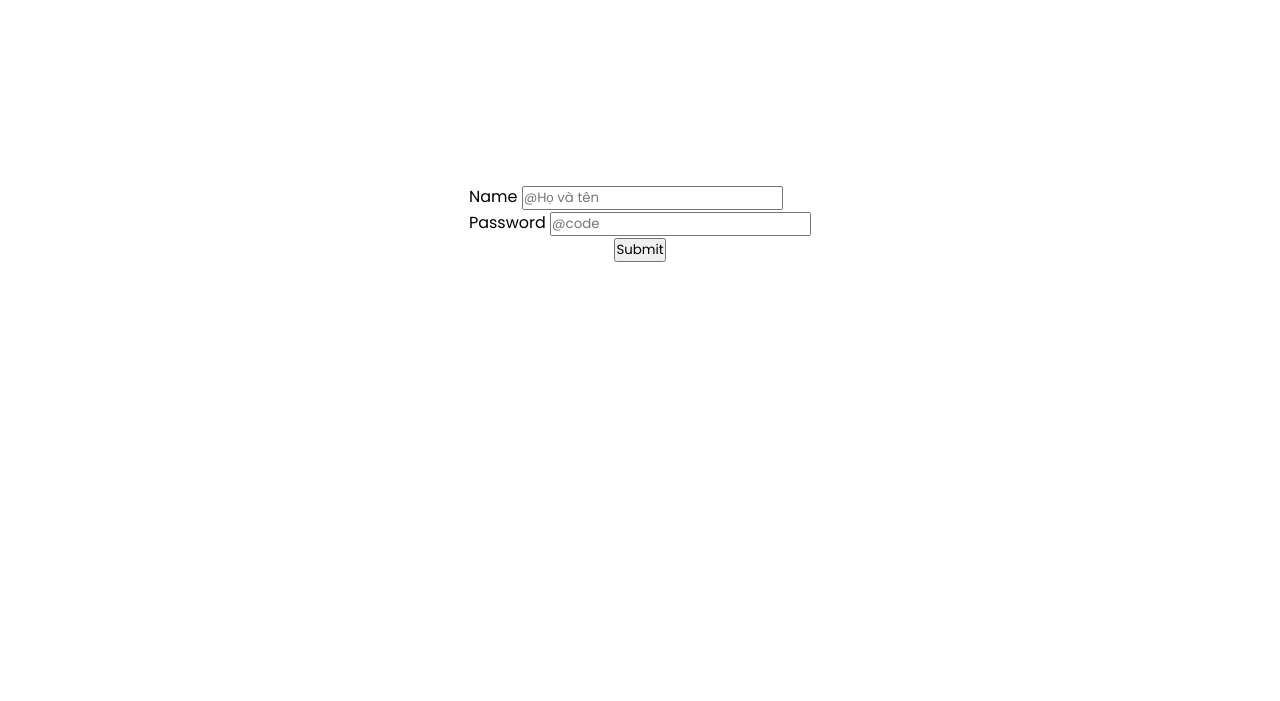
Repository: TruongVu299/Nhom21_NguyenThiNgocLam_DoTruongVu
Page: SourcesCode/index2.html
These files come from the project's save history. The page is drawn as it stood at one moment and after the next save; the edit follows.
The browser window is 1280 px wide. The pictures show the whole page.

Above is the page before, as saved 2023-04-22 02:53:45.

### SourcesCode/index2.html
<!DOCTYPE html>
<html lang="en">
<head>
    <meta charset="UTF-8">
    <meta http-equiv="X-UA-Compatible" content="IE=edge">
    <meta name="viewport" content="width=device-width, initial-scale=1.0">
    <title>Đăng nhập</title>
    <link rel="stylesheet" href="./style2.css">
</head>
<body>
    <div id="wrapper">
        <div class="h1">
            <label >Name</label>
            <input placeholder="@Họ và tên" >
        </div>
        <div class="h2">
            <label>Password</label>
            <input placeholder="@code" >
        </div>
        <div class="h3">
            <button >Submit</button>
        </div>
    </div>
</body>
</html>

### SourcesCode/style2.css
@import url('https://fonts.googleapis.com/css2?family=Poppins:ital,wght@0,400;0,500;0,600;1,200;1,400;1,500&display=swap');
*{
    padding:0;
    margin:0;
    box-sizing: border-box;
    font-family:'Poppins', sans-serif;
    cursor: pointer;
}
#wrapper {
    width:max-content;
    height: 478px;
    margin:0px auto;
    margin-top:184px;
    margin-bottom: 50px;
}
#wrapper .h3 {
    text-align: center;
}

After the next save:
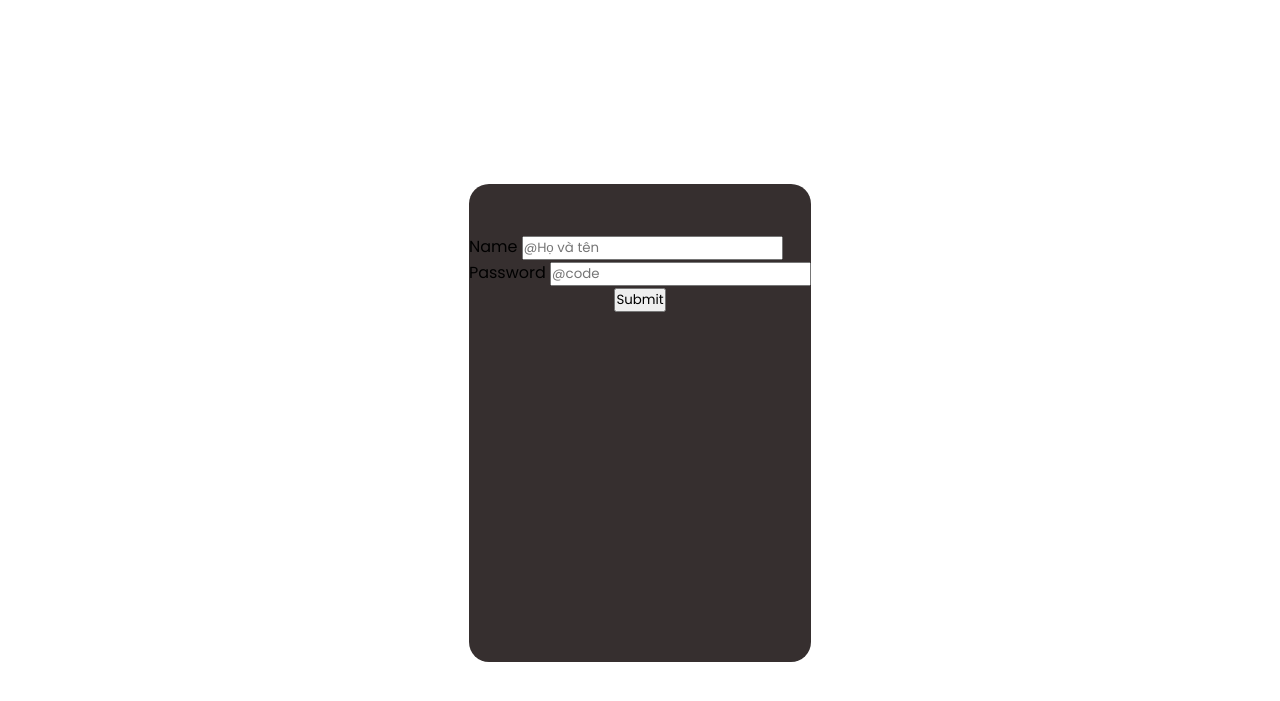
Saved 100 s later.
--- a/SourcesCode/style2.css
+++ b/SourcesCode/style2.css
@@ -12,6 +12,9 @@
     margin:0px auto;
     margin-top:184px;
     margin-bottom: 50px;
+    background:#362f2f;
+    border-radius: 20px;
+    padding-top:50px;
 }
 #wrapper .h3 {
     text-align: center;
